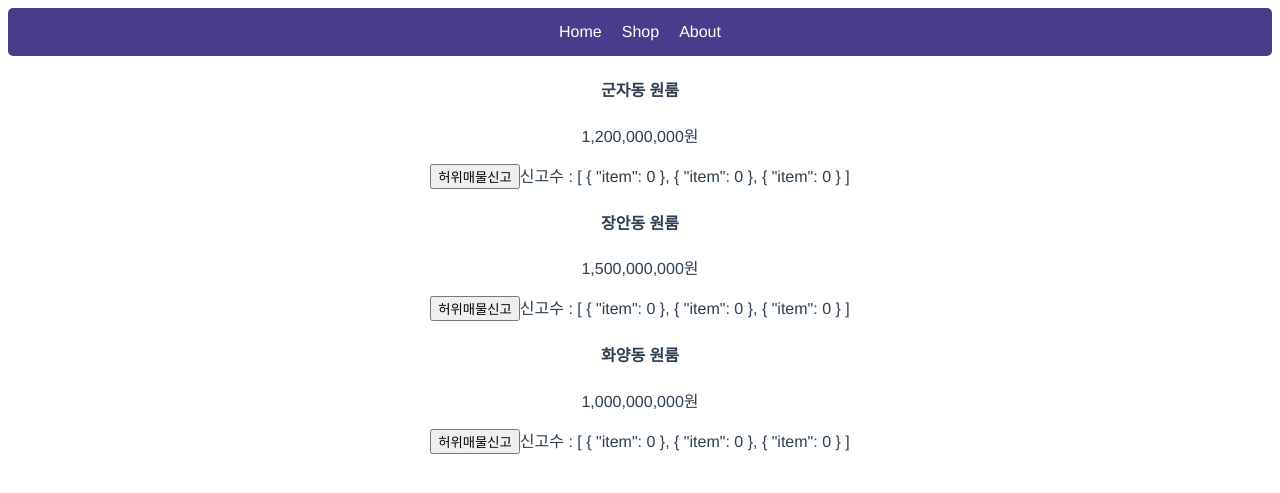
Repository: jy0813/Function
Page: / (app in function/)
These files come from the project's save history. The page is drawn as it stood at one moment and after the next save; the edit follows.
The browser window is 1280 px wide. The pictures show the whole page.
The project was rebuilt for these pictures with package versions that can differ from the ones it lists, and the page was loaded fresh each time.

Above is the page before, as saved 2022-02-23 15:37:44.

After the next save:
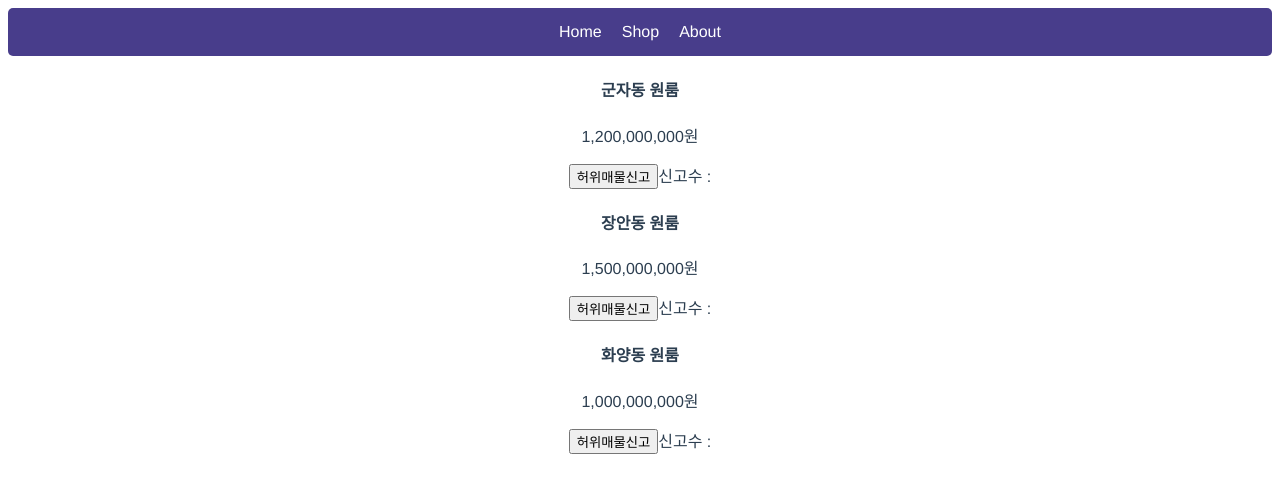
Saved 4 s later.
--- a/function/src/App.vue
+++ b/function/src/App.vue
@@ -6,7 +6,7 @@
   <h4>{{item.address}}</h4>
   <p>{{numSet(item.price)}}원</p>
   <button @click="reportBtn">허위매물신고</button>
-  <span>신고수 : {{report}}</span>
+  <span>신고수 : {{report.item}}</span>
 </div>
 </template>
 

After the save that followed:
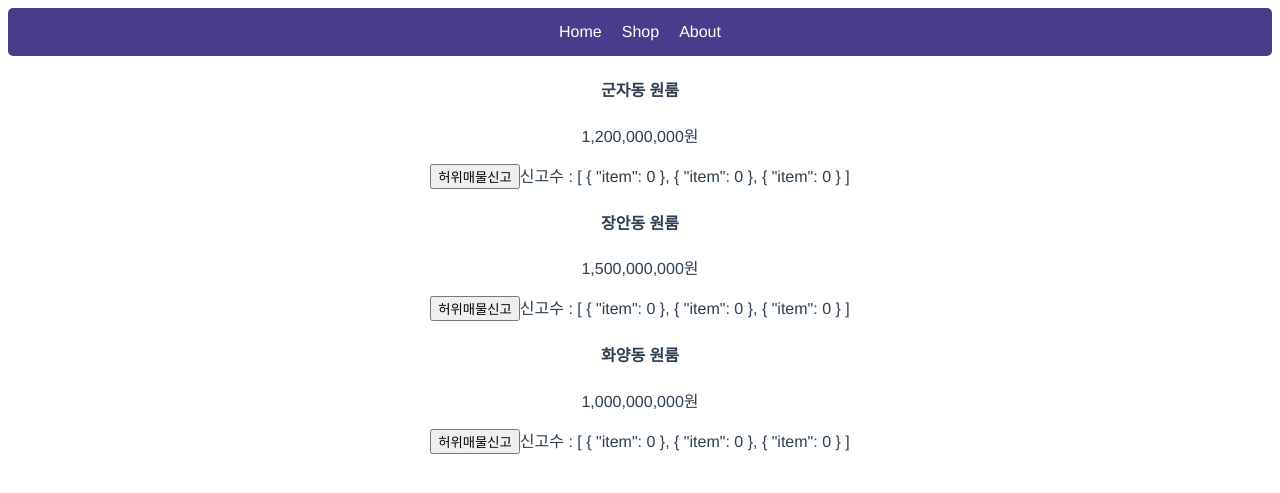
Saved 11 s later.
--- a/function/src/App.vue
+++ b/function/src/App.vue
@@ -6,7 +6,7 @@
   <h4>{{item.address}}</h4>
   <p>{{numSet(item.price)}}원</p>
   <button @click="reportBtn">허위매물신고</button>
-  <span>신고수 : {{report.item}}</span>
+  <span>신고수 : {{report}}</span>
 </div>
 </template>
 
